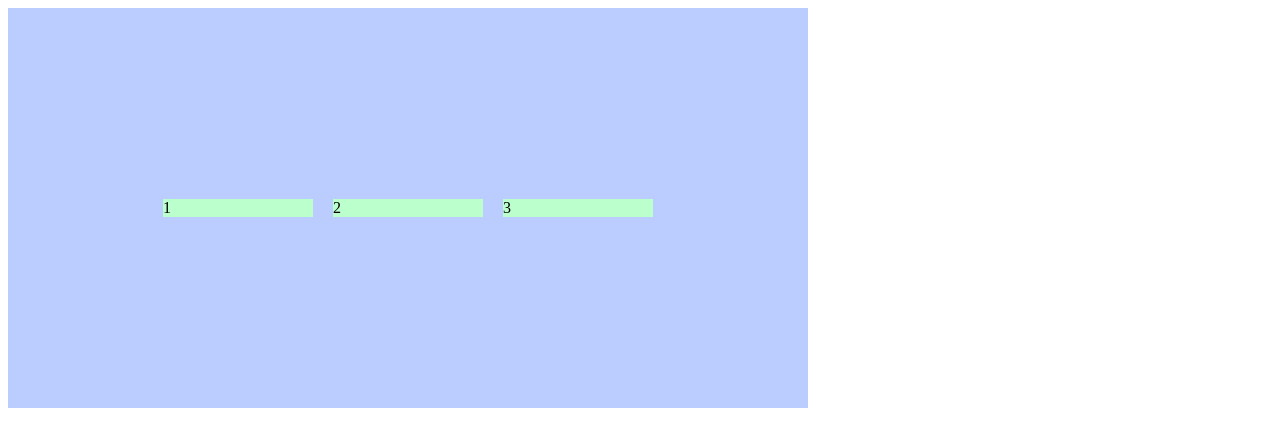
Repository: liutian97/learn1
Page: 移动端web开发/代码/2. Flex 伸缩布局/06-flex设置侧轴上的子元素排列方式.html
The author's editor kept a copy of each file at every save. The page is drawn from the files as they stood at one save, then again after the next save.
The browser window is 1280 px wide. The pictures show the whole page.

Above is the page before, as saved 2022-07-02 17:10:02.

After the next save:
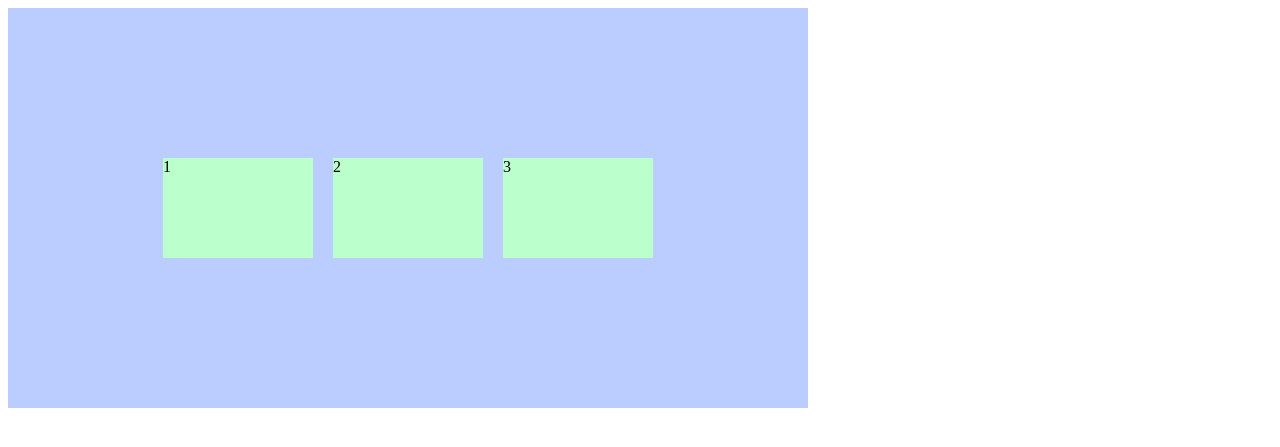
Saved 13 s later.
--- a/移动端web开发/代码/2. Flex 伸缩布局/06-flex设置侧轴上的子元素排列方式.html
+++ b/移动端web开发/代码/2. Flex 伸缩布局/06-flex设置侧轴上的子元素排列方式.html
@@ -26,7 +26,7 @@
 
     div span {
       width: 150px;
-      /* height: 100px; */
+      height: 100px;
       background-color: #bfc;
       margin: 10px;
     }
